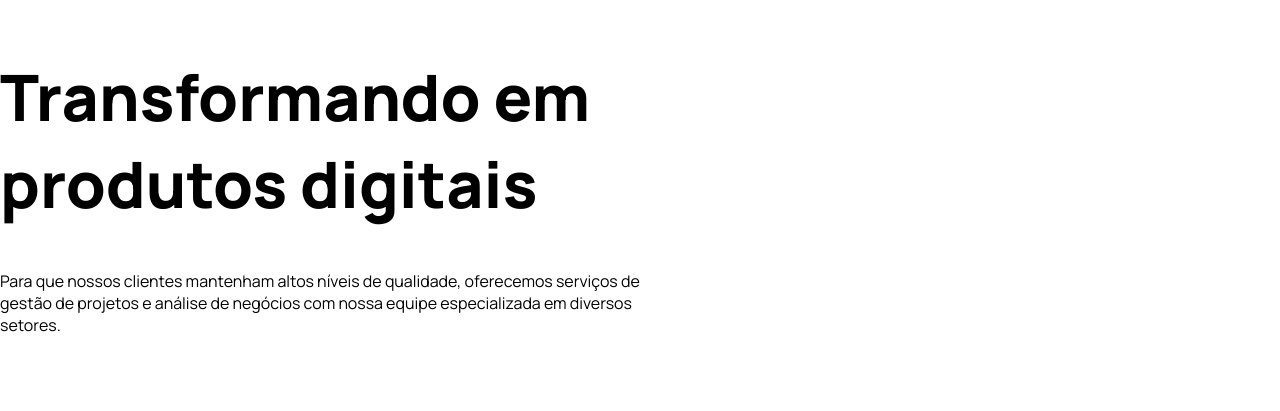
Repository: kleber-goncalves/Landing-Page-Gestao-de-projetos-dnc
Page: index.html
These files come from the project's save history. The page is drawn as it stood at one moment and after the next save; the edit follows.
The browser window is 1280 px wide. The pictures show the whole page.

Above is the page before, as saved 2025-01-04 14:52:55.

After the next save:
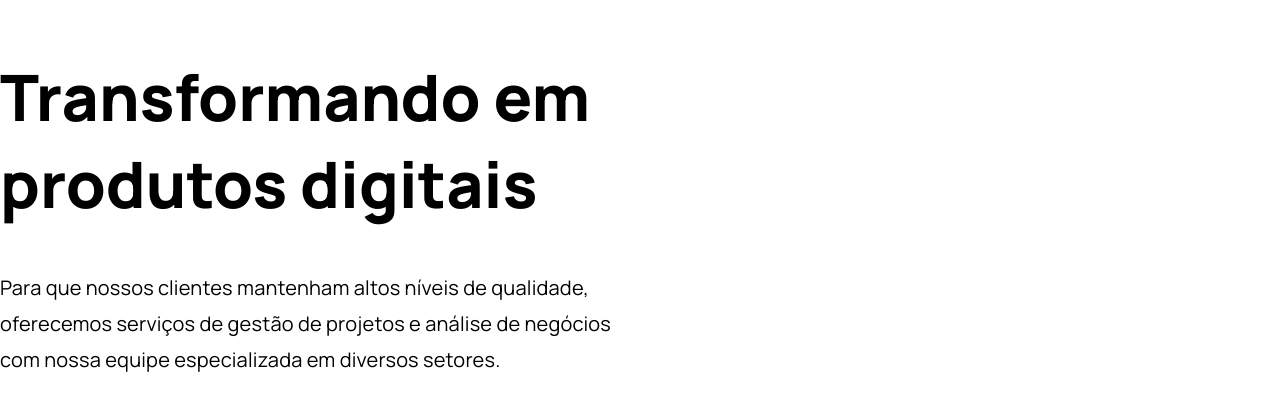
Saved 10 s later.
--- a/style.css
+++ b/style.css
@@ -24,6 +24,15 @@ body {
     font-family: "Manrope", serif;
     width:  650px;
     height: 99px;
+    font-family: Manrope;
+font-size: 20px;
+font-weight: 400;
+line-height: 36px;
+letter-spacing: 0.20000004768371582px;
+text-align: left;
+text-underline-position: from-font;
+text-decoration-skip-ink: none;
+
 
 
 }
